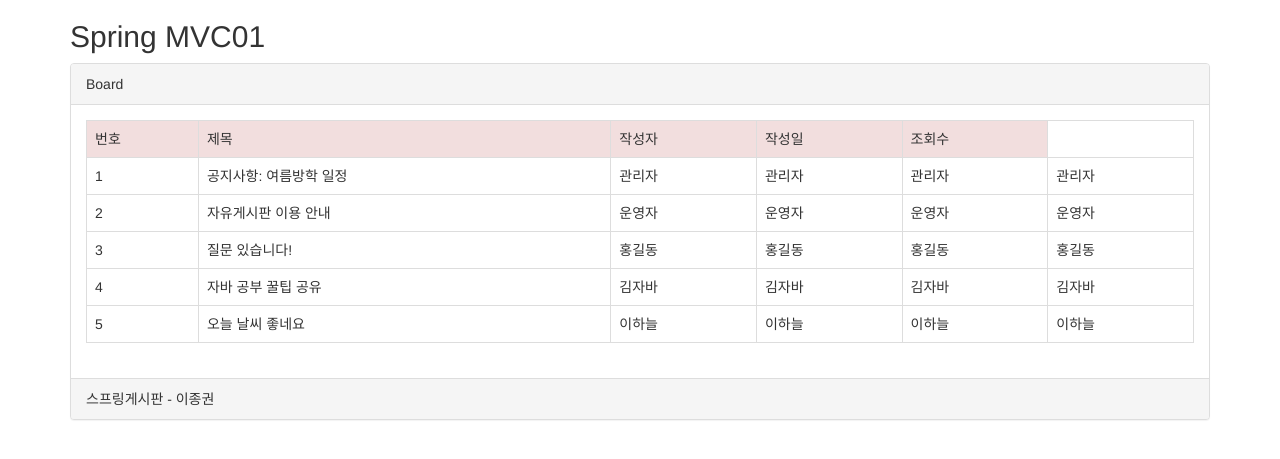
Repository: leejonggwon/PBG_SpringProject
Page: http://localhost/SpringMVC01/boardList.do
These files come from the project's save history. The page is drawn as it stood at one moment and after the next save; the edit follows.
The browser window is 1280 px wide. The pictures show the whole page.
The page is served by Tomcat 9.

Above is the page before, as saved 2025-08-01 04:04:07.

After the next save:
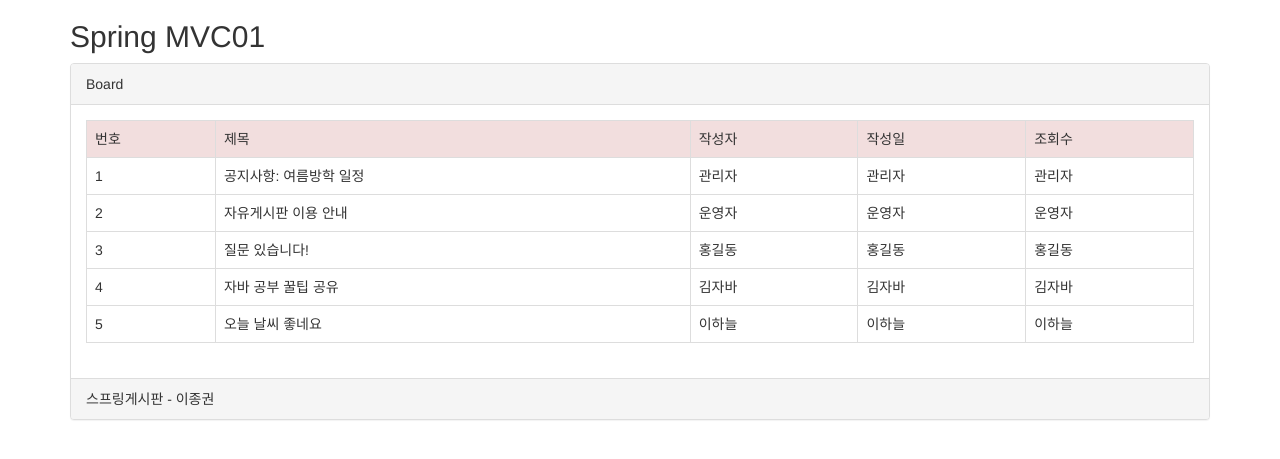
Saved 2 min 13 s later.
--- a/SpringMVC01/src/main/webapp/WEB-INF/views/boardList.jsp
+++ b/SpringMVC01/src/main/webapp/WEB-INF/views/boardList.jsp
@@ -32,12 +32,8 @@
 							<td>${board.writer}</td>
 							<td>${board.writer}</td>
 							<td>${board.writer}</td>
-							<td>${board.writer}</td>
 						</tr>
 					</c:forEach>
-
-
-
 
 				</table>
 			</div>
